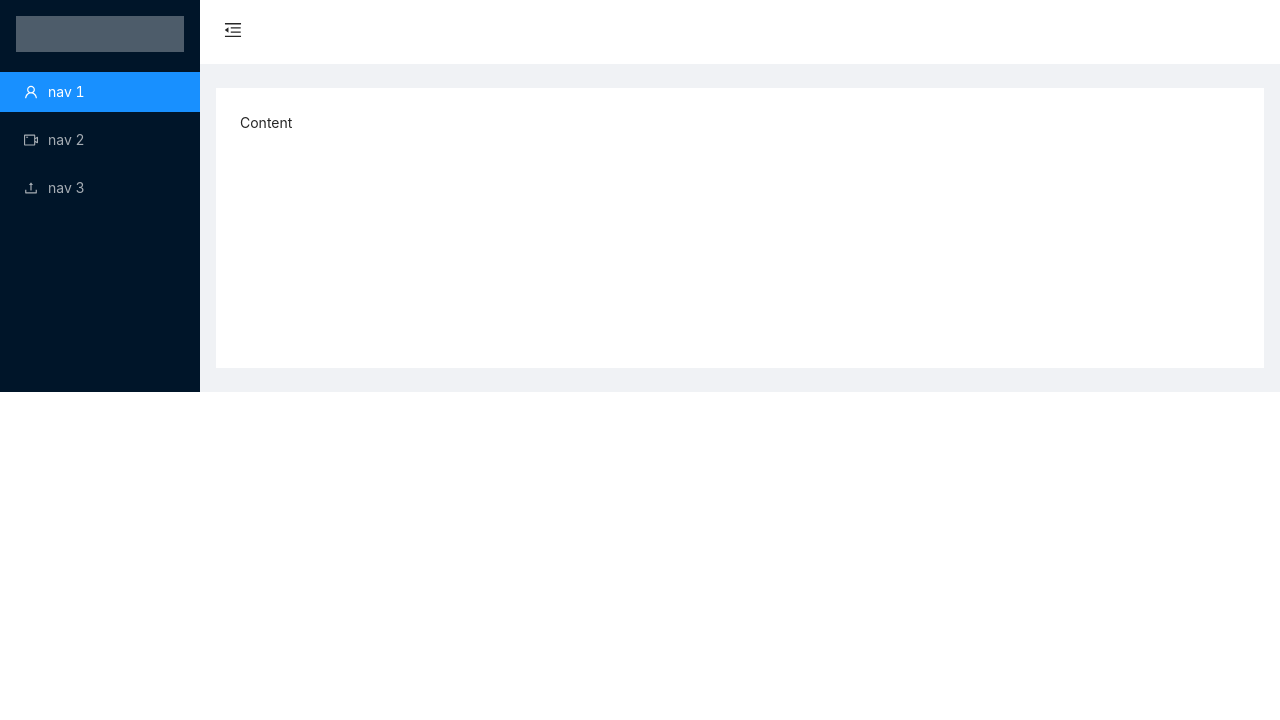
Repository: tiendungjr123/ant-design
Page: /
An editor plug-in stored every save of this project. The page is shown before and after the next save, followed by the edit.
The browser window is 1280 px wide. The pictures show the whole page.
The project was rebuilt for these pictures with package versions that can differ from the ones it lists, and the page was loaded fresh each time.

Above is the page before, as saved 2022-09-28 21:53:07.

After the next save:
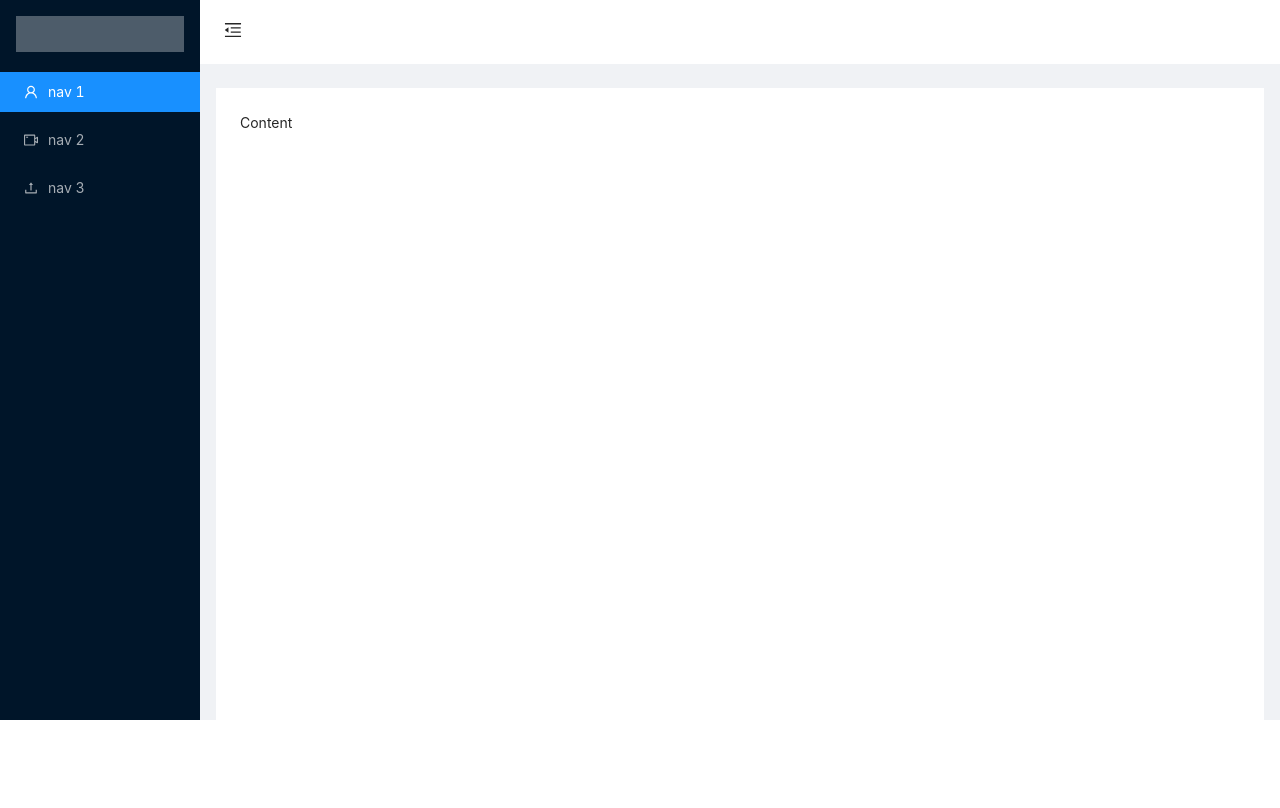
Saved 49 s later.
--- a/src/App.js
+++ b/src/App.js
@@ -61,7 +61,7 @@ const App = () => {
           style={{
             margin: '24px 16px',
             padding: 24,
-            minHeight: 280,
+            minHeight: '100vh',
           }}
         >
           Content
